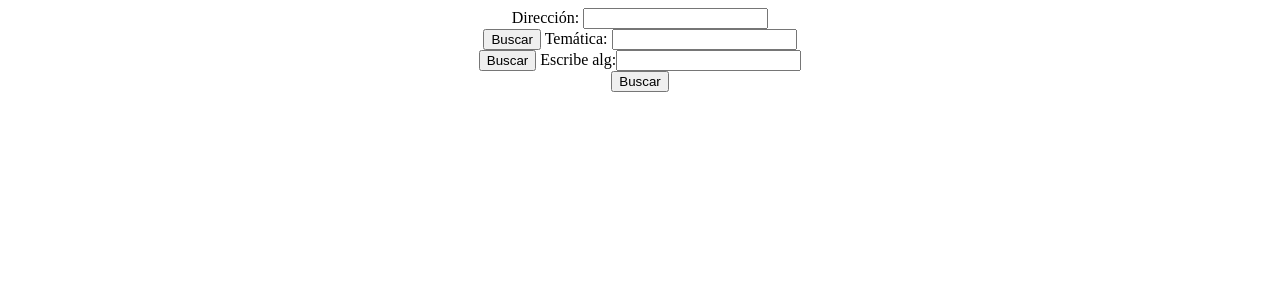
Repository: Jorgee-sk/Ws-Spring
Page: http://localhost/02_buscador_spring/addPagina.jsp
These files come from the project's save history. The page is drawn as it stood at one moment and after a run of saves; the edit follows.
The browser window is 1280 px wide. The pictures show the whole page.
The page is served by Tomcat 9.

Above is the page before, as saved 2022-04-18 10:44:58.

After the next 3 saves:
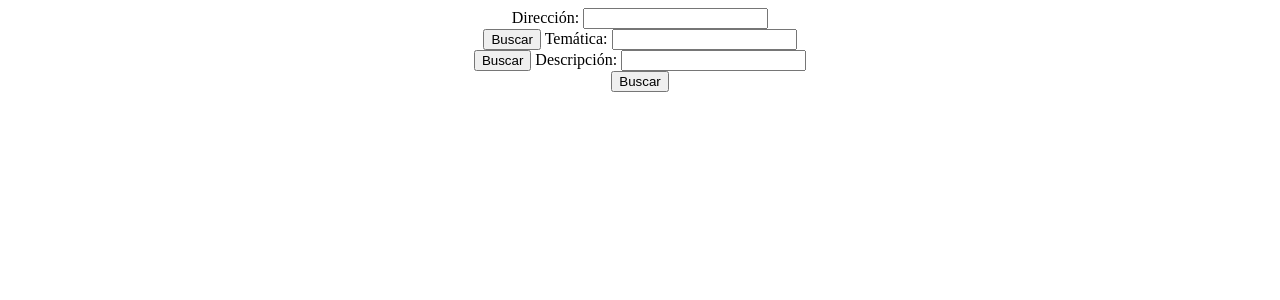
The 3 saves are shown as one change because they came seconds apart.
The last was saved 8 s later.
--- a/02_buscador_spring/src/main/webapp/addPagina.jsp
+++ b/02_buscador_spring/src/main/webapp/addPagina.jsp
@@ -13,7 +13,7 @@
 			Temática: <input type="text" name="tema"><br>
 			<input type="submit" value="Buscar">
 
-			Escribe alg:<input type="text" name="tema"><br>
+			Descripción: <input type="text" name="tema"><br>
 			<input type="submit" value="Buscar">
 		</form>
 
